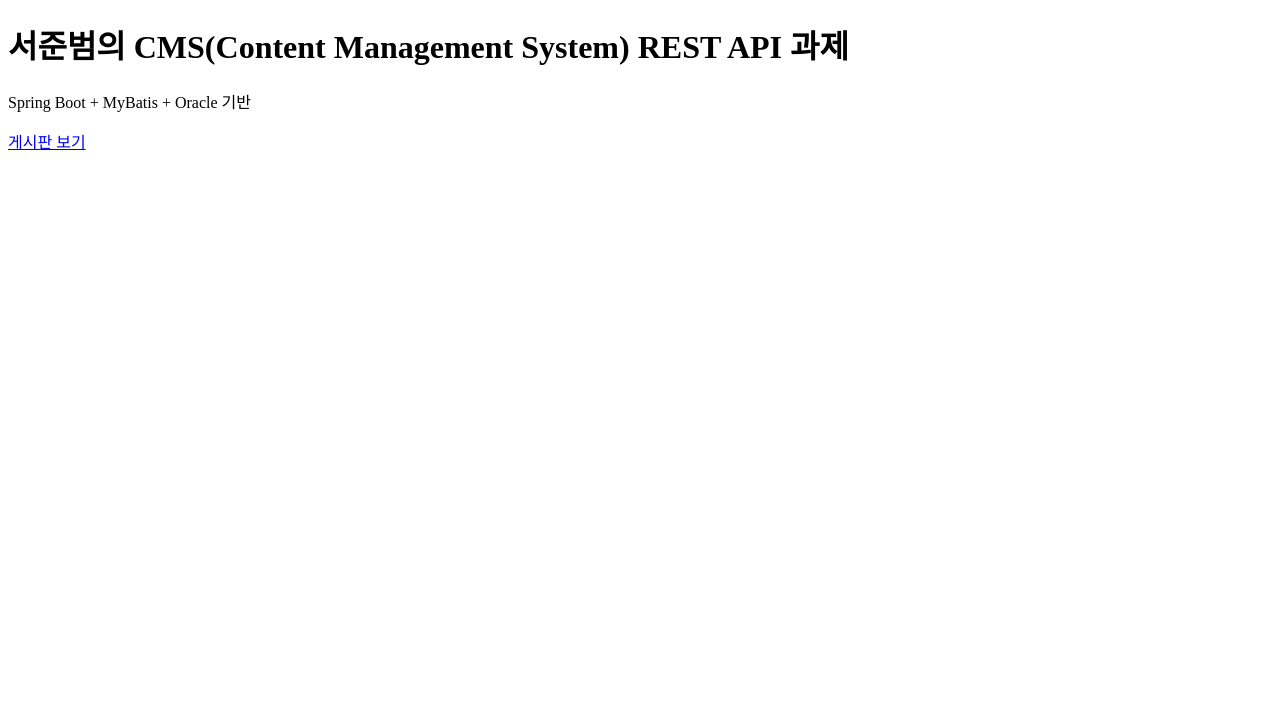
Repository: JunBeomSeo/CMS
Page: http://localhost/index
An editor plug-in stored every save of this project. The page is shown before and after the next save, followed by the edit.
The browser window is 1280 px wide. The pictures show the whole page.
The page is this project's Thymeleaf template; nobody is signed in. The template is opened directly, without the code that normally fills it, so the values that code supplies are empty.

Above is the page before, as saved 2026-03-26 11:37:29.

### cms/src/main/resources/templates/index.html
<!DOCTYPE html>
<html xmlns:th="http://www.thymeleaf.org">
<head>
<meta charset="UTF-8">
<title>서준범 CMS REST API 과제</title>
</head>
<body>
    <div class="container">
        <div class="card">
            <h1>서준범의 CMS(Content Management System) REST API 과제</h1>
            <p>Spring Boot + MyBatis + Oracle 기반</p>
            <a href="/boards" class="btn">게시판 보기</a>
        </div>
    </div>
</body>
</html>

After the next save:
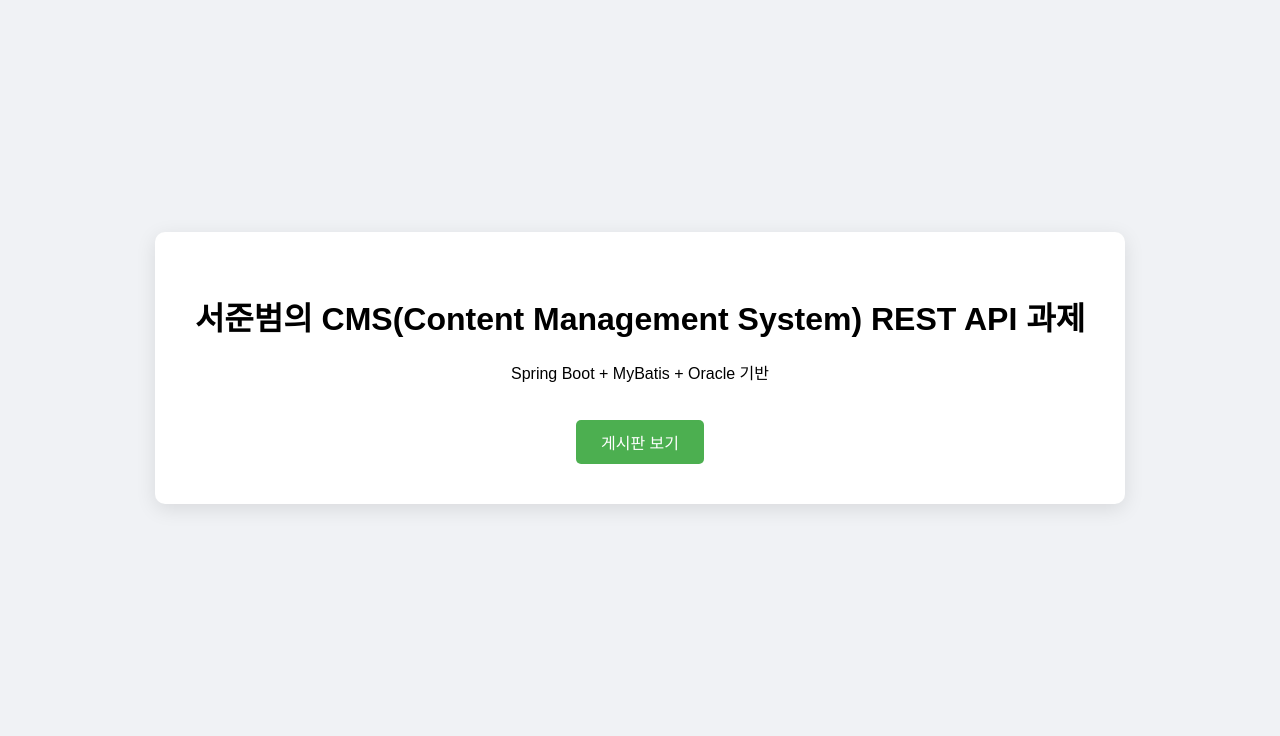
Saved 11 s later.
--- a/cms/src/main/resources/templates/index.html
+++ b/cms/src/main/resources/templates/index.html
@@ -3,6 +3,41 @@
 <head>
 <meta charset="UTF-8">
 <title>서준범 CMS REST API 과제</title>
+<style>
+body {
+    font-family: Arial, sans-serif;
+    background-color: #f0f2f5;
+    display: flex;
+    justify-content: center;
+    align-items: center;
+    height: 100vh;
+}
+
+.container {
+    text-align: center;
+}
+
+.card {
+    background-color: #fff;
+    padding: 40px;
+    border-radius: 10px;
+    box-shadow: 0 5px 20px rgba(0,0,0,0.1);
+}
+
+.btn {
+    display: inline-block;
+    margin-top: 20px;
+    padding: 10px 25px;
+    background-color: #4CAF50;
+    color: white;
+    text-decoration: none;
+    border-radius: 5px;
+}
+
+.btn:hover {
+    background-color: #45a049;
+}
+</style>
 </head>
 <body>
     <div class="container">
